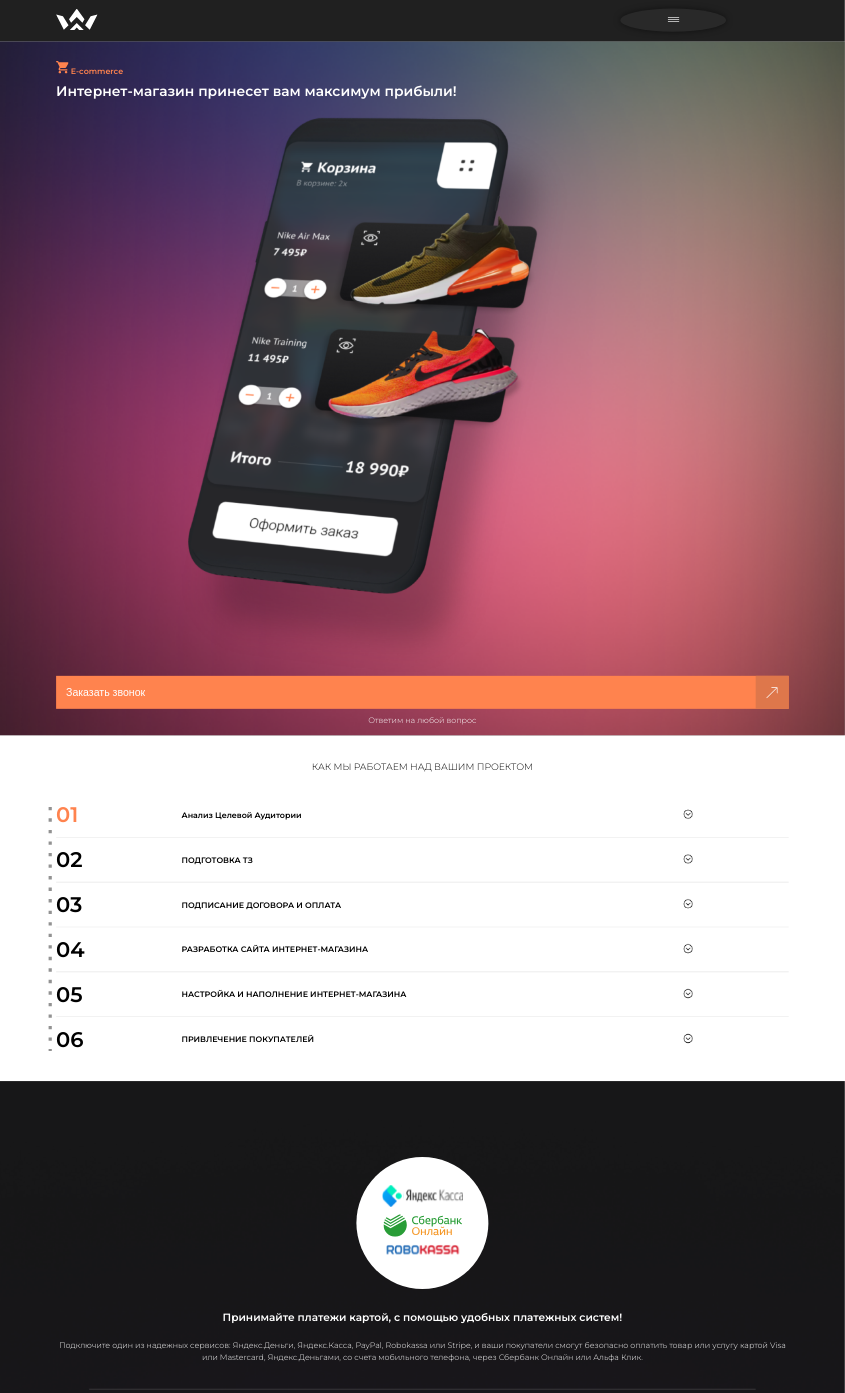
Repository: Gabi0605/my-tests
Page: web_alternative/index.html
These files come from the project's save history. The page is drawn as it stood at one moment and after the next save; the edit follows.
The browser window is 1280 px wide. The pictures show the whole page, at 66% of full size.
The style sheet was rebuilt from its Sass, Less or Tailwind sources for each picture, by a compiler version that may differ from the author's.

Above is the page before, as saved 2020-01-19 21:07:29.

After the next save:
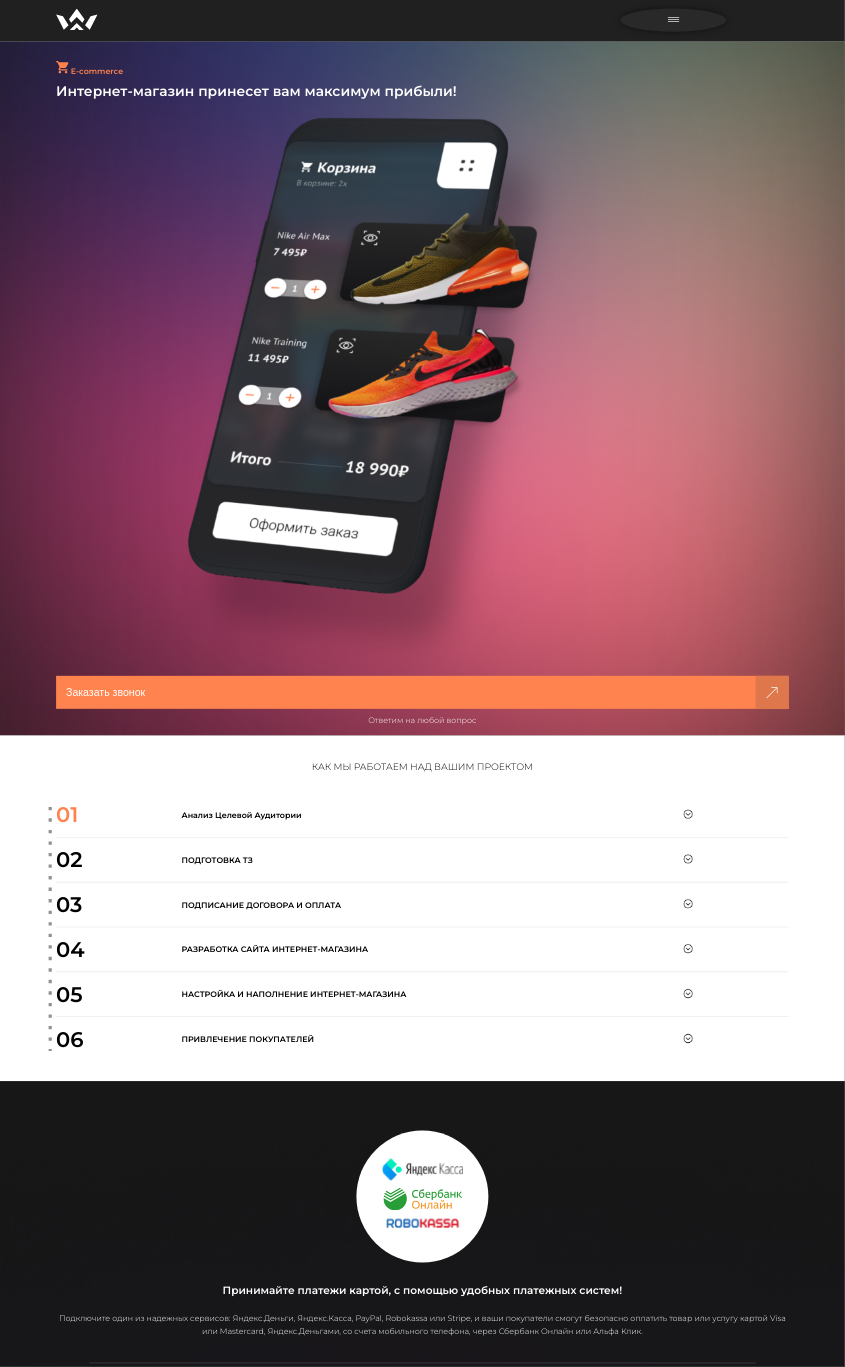
Saved 17 s later.
--- a/web_alternative/less/style.less
+++ b/web_alternative/less/style.less
@@ -168,7 +168,7 @@
     background-image: url(../img/mobile-background-block-two.png);
     background-repeat: no-repeat;
     background-size: cover;
-    padding: 85px 0 5px;
+    padding: 45px 0 5px;
     color: #fff;
     &__circle{
         width: 200px;
